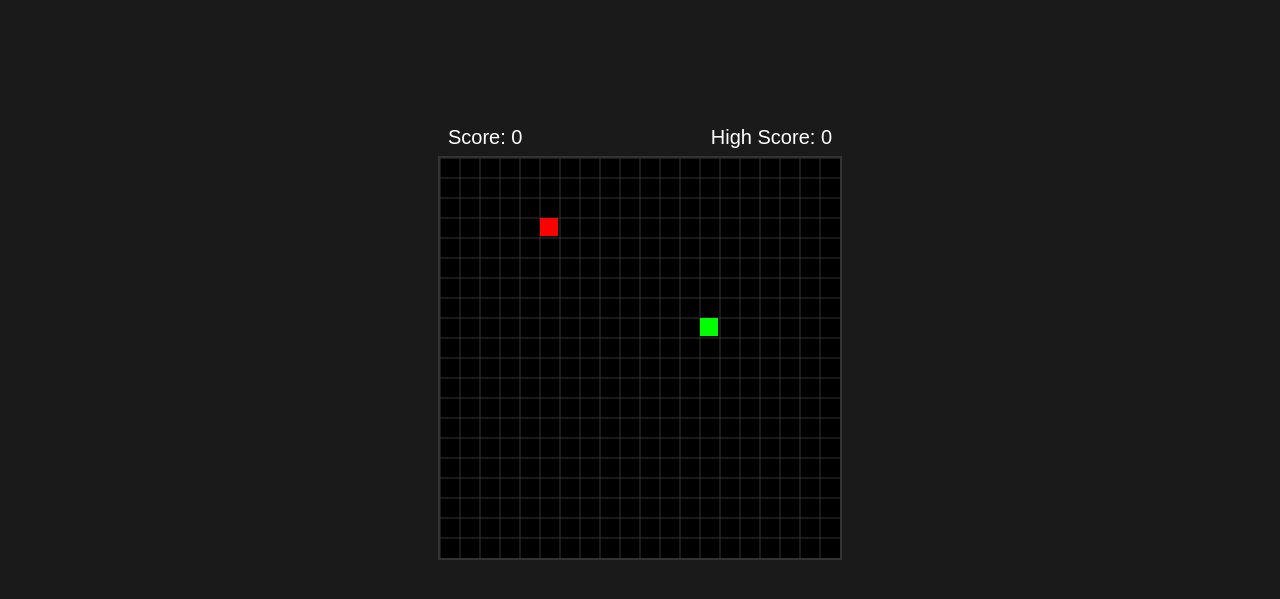
Repository: daBatmanCoder/game_portal_ai
Page: index.html
The author's editor kept a copy of each file at every save. The page is drawn from the files as they stood at one save, then again after the next save.
The browser window is 1280 px wide. The pictures show the whole page.

Above is the page before, as saved 2024-11-22 15:27:56.

### index.html
<!DOCTYPE html>
<html lang="en">
<head>
    <meta charset="UTF-8">
    <meta name="viewport" content="width=device-width, initial-scale=1.0">
    <title>3D Snake Game</title>
    <link rel="stylesheet" href="styles.css">
</head>
<body>
    <div class="game-container">
        <div class="score-container">
            <div>Score: <span id="score">0</span></div>
            <div>High Score: <span id="highScore">0</span></div>
        </div>
        <canvas id="gameCanvas"></canvas>
    </div>
    <script src="game.js"></script>
</body>
</html>

### styles.css
body {
    margin: 0;
    display: flex;
    justify-content: center;
    align-items: center;
    min-height: 100vh;
    background-color: #1a1a1a;
    font-family: Arial, sans-serif;
}

.game-container {
    position: relative;
}

.score-container {
    position: absolute;
    top: -40px;
    left: 0;
    right: 0;
    display: flex;
    justify-content: space-between;
    color: white;
    font-size: 20px;
    padding: 10px;
}

canvas {
    border: 2px solid #333;
    background-color: #000;
}

### game.js
const canvas = document.getElementById('gameCanvas');
const ctx = canvas.getContext('2d');

// Set canvas size
canvas.width = 400;
canvas.height = 400;

// Game constants
const gridSize = 20;
const tileCount = canvas.width / gridSize;

// Game variables
let snake = [
    { x: 10, y: 10 }
];
let food = { x: 5, y: 5 };
let dx = 0;
let dy = 0;
let score = 0;
let highScore = 0;
let gameSpeed = 100;
let gameLoop;

// Initialize game
function startGame() {
    // Initial setup with random snake position
    const randomX = Math.floor(Math.random() * tileCount);
    const randomY = Math.floor(Math.random() * tileCount);
    snake = [{ x: randomX, y: randomY }];
    food = { x: 5, y: 5 };
    dx = 0;
    dy = 0;
    score = 0;

    updateScore();
    createFood();

    // Draw initial state
    draw();

    // Clear any existing event listeners to prevent duplicates
    document.removeEventListener('keydown', changeDirection);
    document.addEventListener('keydown', changeDirection);

    // Clear any existing game loop
    clearInterval(gameLoop);
    gameLoop = setInterval(update, gameSpeed);
}

// Update game state
function update() {
    // Move snake
    let head = { x: snake[0].x + dx, y: snake[0].y + dy };

    // Don't update if snake isn't moving yet
    if (dx === 0 && dy === 0) {
        return;
    }

    // Wrap around borders
    if (head.x < 0) head.x = tileCount - 1;
    if (head.x >= tileCount) head.x = 0;
    if (head.y < 0) head.y = tileCount - 1;
    if (head.y >= tileCount) head.y = 0;

    // Check self collision - start checking from index 1 to avoid false collision with head
    for (let i = 1; i < snake.length; i++) {
        if (head.x === snake[i].x && head.y === snake[i].y) {
            gameOver();
            return;
        }
    }

    snake.unshift(head);

    // Check food collision
    if (head.x === food.x && head.y === food.y) {
        score += 10;
        updateScore();
        createFood();
    } else {
        snake.pop();
    }

    draw();
}

// Draw game elements
function draw() {
    // Clear canvas
    ctx.fillStyle = 'black';
    ctx.fillRect(0, 0, canvas.width, canvas.height);

    // Draw grid lines (optional but helps visibility)
    ctx.strokeStyle = '#333';
    for(let i = 0; i < tileCount; i++) {
        ctx.beginPath();
        ctx.moveTo(i * gridSize, 0);
        ctx.lineTo(i * gridSize, canvas.height);
        ctx.stroke();

        ctx.beginPath();
        ctx.moveTo(0, i * gridSize);
        ctx.lineTo(canvas.width, i * gridSize);
        ctx.stroke();
    }

    // Draw snake
    ctx.fillStyle = 'lime';
    snake.forEach(segment => {
        ctx.fillRect(segment.x * gridSize, segment.y * gridSize, gridSize - 2, gridSize - 2);
    });

    // Draw food
    ctx.fillStyle = 'red';
    ctx.fillRect(food.x * gridSize, food.y * gridSize, gridSize - 2, gridSize - 2);
}

// Handle direction changes
function changeDirection(event) {
    const LEFT_KEY = 37;
    const RIGHT_KEY = 39;
    const UP_KEY = 38;
    const DOWN_KEY = 40;

    const keyPressed = event.keyCode;
    const goingUp = dy === -1;
    const goingDown = dy === 1;
    const goingRight = dx === 1;
    const goingLeft = dx === -1;

    if (keyPressed === LEFT_KEY && !goingRight) {
        dx = -1;
        dy = 0;
    }
    if (keyPressed === UP_KEY && !goingDown) {
        dx = 0;
        dy = -1;
    }
    if (keyPressed === RIGHT_KEY && !goingLeft) {
        dx = 1;
        dy = 0;
    }
    if (keyPressed === DOWN_KEY && !goingUp) {
        dx = 0;
        dy = 1;
    }
}

// Create new food at random position
function createFood() {
    food.x = Math.floor(Math.random() * tileCount);
    food.y = Math.floor(Math.random() * tileCount);

    // Make sure food doesn't appear on snake
    snake.forEach(segment => {
        if (segment.x === food.x && segment.y === food.y) {
            createFood();
        }
    });
}

// Update score display
function updateScore() {
    document.getElementById('score').textContent = score;
    if (score > highScore) {
        highScore = score;
        document.getElementById('highScore').textContent = highScore;
    }
}

// Game over handling
function gameOver() {
    clearInterval(gameLoop);
    alert(`Game Over! Your score: ${score}`);

    // Reset game state
    snake = [{ x: 10, y: 10 }];
    dx = 0;
    dy = 0;
    score = 0;
    updateScore();
    createFood();

    // Restart the game loop
    gameLoop = setInterval(update, gameSpeed);

    // Initial draw to show the reset state
    draw();
}

// Start the game
startGame();

After the next save:
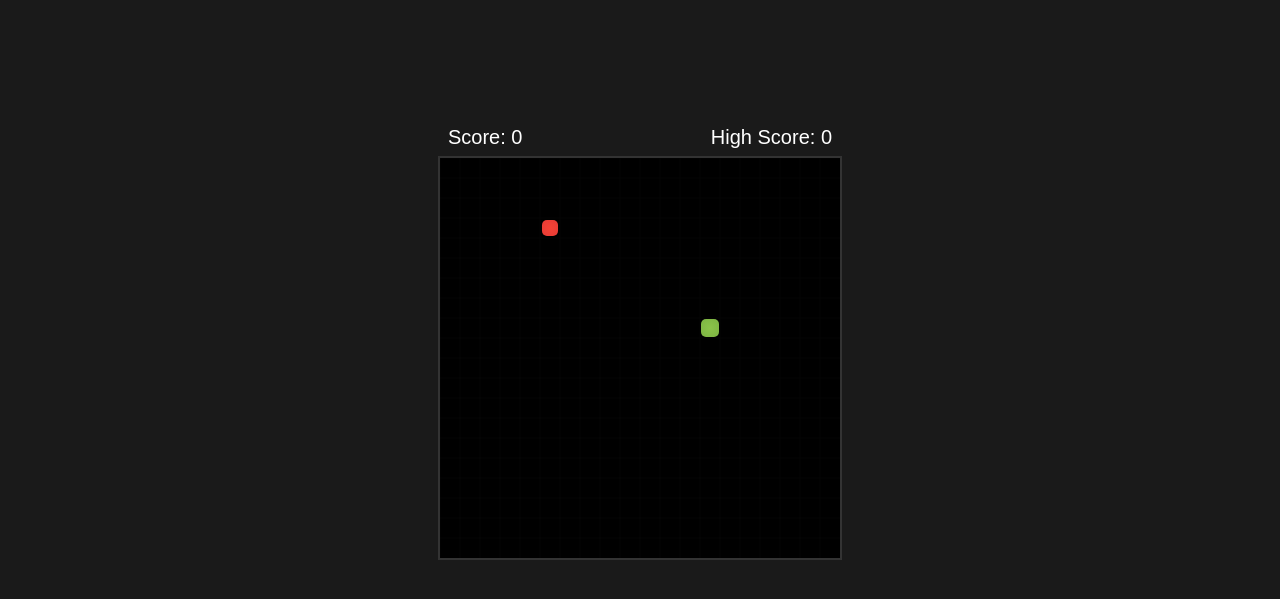
Saved 5 min 41 s later.
--- a/game.js
+++ b/game.js
@@ -21,6 +21,15 @@ let highScore = 0;
 let gameSpeed = 100;
 let gameLoop;
 
+// Add new constants for graphics
+const snakeGradient = {
+    body: ['#4CAF50', '#45a049'],
+    head: ['#8BC34A', '#7CB342']
+};
+const foodGradient = ['#f44336', '#e53935'];
+const gridColor = '#1a1a1a';
+const backgroundColor = '#000000';
+
 // Initialize game
 function startGame() {
     // Initial setup with random snake position
@@ -87,12 +96,13 @@ function update() {
 
 // Draw game elements
 function draw() {
-    // Clear canvas
-    ctx.fillStyle = 'black';
+    // Clear canvas with a dark background
+    ctx.fillStyle = backgroundColor;
     ctx.fillRect(0, 0, canvas.width, canvas.height);
 
-    // Draw grid lines (optional but helps visibility)
-    ctx.strokeStyle = '#333';
+    // Draw grid lines with alpha for subtle effect
+    ctx.strokeStyle = gridColor;
+    ctx.globalAlpha = 0.2;
     for(let i = 0; i < tileCount; i++) {
         ctx.beginPath();
         ctx.moveTo(i * gridSize, 0);
@@ -104,16 +114,72 @@ function draw() {
         ctx.lineTo(canvas.width, i * gridSize);
         ctx.stroke();
     }
-
-    // Draw snake
-    ctx.fillStyle = 'lime';
-    snake.forEach(segment => {
-        ctx.fillRect(segment.x * gridSize, segment.y * gridSize, gridSize - 2, gridSize - 2);
+    ctx.globalAlpha = 1;
+
+    // Draw snake with gradient and rounded corners
+    snake.forEach((segment, index) => {
+        const gradient = ctx.createRadialGradient(
+            (segment.x * gridSize) + gridSize/2,
+            (segment.y * gridSize) + gridSize/2,
+            0,
+            (segment.x * gridSize) + gridSize/2,
+            (segment.y * gridSize) + gridSize/2,
+            gridSize/1.5
+        );
+
+        // Different gradient for head vs body
+        const colors = index === 0 ? snakeGradient.head : snakeGradient.body;
+        gradient.addColorStop(0, colors[0]);
+        gradient.addColorStop(1, colors[1]);
+
+        ctx.fillStyle = gradient;
+
+        // Draw rounded rectangle for each segment
+        roundedRect(
+            ctx,
+            segment.x * gridSize + 1,
+            segment.y * gridSize + 1,
+            gridSize - 2,
+            gridSize - 2,
+            5
+        );
     });
 
-    // Draw food
-    ctx.fillStyle = 'red';
-    ctx.fillRect(food.x * gridSize, food.y * gridSize, gridSize - 2, gridSize - 2);
+    // Draw food with pulsing effect and gradient
+    const pulseSize = Math.sin(Date.now() / 200) * 2;
+    const foodGrad = ctx.createRadialGradient(
+        (food.x * gridSize) + gridSize/2,
+        (food.y * gridSize) + gridSize/2,
+        0,
+        (food.x * gridSize) + gridSize/2,
+        (food.y * gridSize) + gridSize/2,
+        gridSize/1.5
+    );
+
+    foodGrad.addColorStop(0, foodGradient[0]);
+    foodGrad.addColorStop(1, foodGradient[1]);
+    ctx.fillStyle = foodGrad;
+
+    roundedRect(
+        ctx,
+        food.x * gridSize + 1 - pulseSize/2,
+        food.y * gridSize + 1 - pulseSize/2,
+        gridSize - 2 + pulseSize,
+        gridSize - 2 + pulseSize,
+        5
+    );
+}
+
+// Helper function to draw rounded rectangles
+function roundedRect(ctx, x, y, width, height, radius) {
+    ctx.beginPath();
+    ctx.moveTo(x + radius, y);
+    ctx.arcTo(x + width, y, x + width, y + height, radius);
+    ctx.arcTo(x + width, y + height, x, y + height, radius);
+    ctx.arcTo(x, y + height, x, y, radius);
+    ctx.arcTo(x, y, x + width, y, radius);
+    ctx.closePath();
+    ctx.fill();
 }
 
 // Handle direction changes
